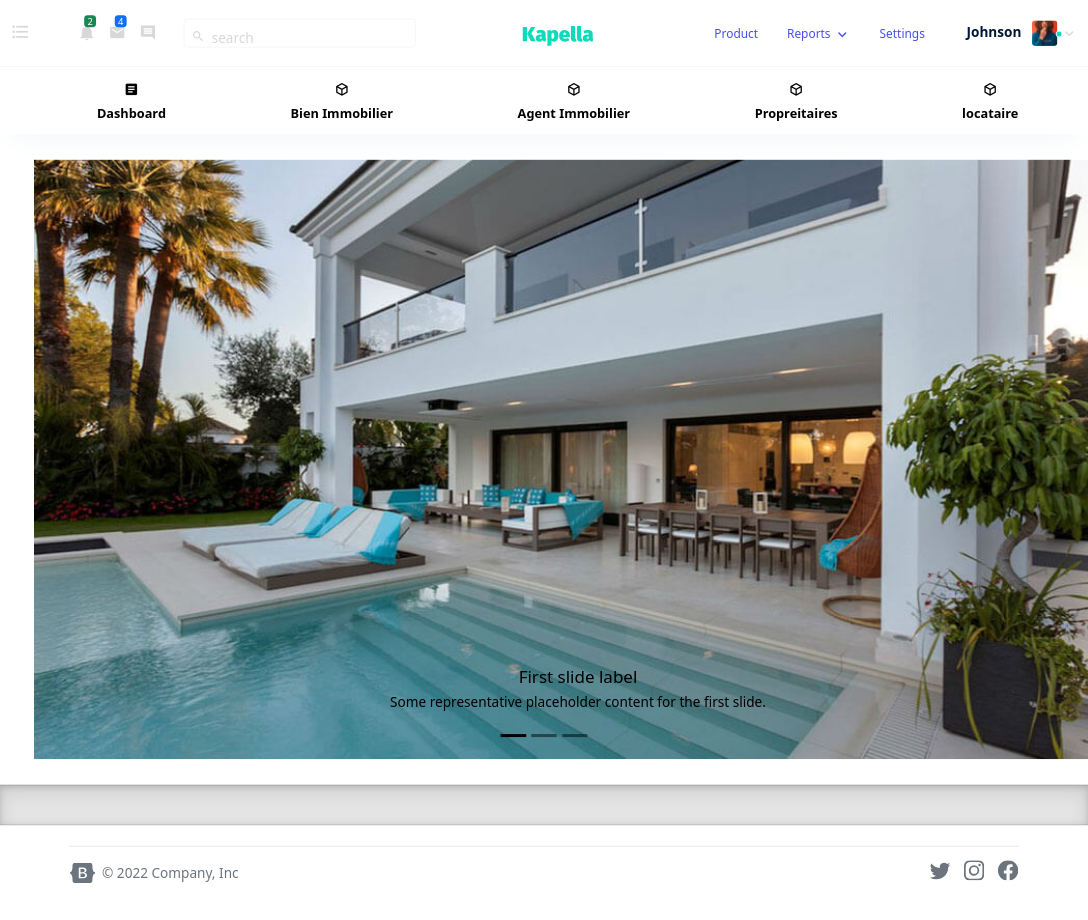
Repository: dimitri0004/Bien
Page: templates/dashbord/index.html.twig
An editor plug-in stored every save of this project. The page is shown before and after the next save, followed by the edit.
The browser window is 1280 px wide. The pictures show the whole page, at 85% of full size.
The page is a Twig template of a Symfony application; nobody is signed in and links lead nowhere. The template is opened directly, without the code that normally fills it, so the values that code supplies are empty.

Above is the page before, as saved 2023-04-05 01:24:50.
Console error: TypeError: Cannot read properties of null (reading 'addEventListener')

### templates/dashbord/index.html.twig
{% extends 'base.html.twig' %}

{% block title %}Hello DashbordController!{% endblock %}

{% block body %}

    <div id="carouselExampleDark" class="carousel carousel-dark slide">
        <div class="carousel-indicators">
          <button type="button" data-bs-target="#carouselExampleDark" data-bs-slide-to="0" class="active" aria-current="true" aria-label="Slide 1"></button>
          <button type="button" data-bs-target="#carouselExampleDark" data-bs-slide-to="1" aria-label="Slide 2"></button>
          <button type="button" data-bs-target="#carouselExampleDark" data-bs-slide-to="2" aria-label="Slide 3"></button>
        </div>
        <div class="carousel-inner" style="margin-left: 40px; margin-right: 40px; margin-top: 30px; margin-bottom:30px;" >
          <div class="carousel-item active" data-bs-interval="10000">
            <img src="{{ asset('uploads/image2.jpg') }}" class="d-block w-100" alt="...">
            <div class="carousel-caption d-none d-md-block">
              <h5  style="color:black"ss>First slide label</h5>
              <p style="color:black">Some representative placeholder content for the first slide.</p>
            </div>
          </div>
          <div class="carousel-item" data-bs-interval="2000">
            <img src="{{ asset('uploads/image1.jpg') }}" class="d-block w-100" alt="...">
            <div class="carousel-caption d-none d-md-block">
              <h5  style="color:black">Second slide label</h5>
              <p  style="color:black">Some representative placeholder content for the second slide.</p>
            </div>
          </div>
          <div class="carousel-item">
            <img src="{{ asset('uploads/image3.jpg') }}" class="d-block w-100" alt="...">
            <div class="carousel-caption d-none d-md-block">
              <h5  style="color:black">Third slide label</h5>
              <p  style="color:black">Some representative placeholder content for the third slide.</p>
            </div>
          </div>
        </div>
        <button class="carousel-control-prev" type="button" data-bs-target="#carouselExampleDark" data-bs-slide="prev">
          <span class="carousel-control-prev-icon" aria-hidden="true"></span>
          <span class="visually-hidden">Previous</span>
        </button>
        <button class="carousel-control-next" type="button" data-bs-target="#carouselExampleDark" data-bs-slide="next">
          <span class="carousel-control-next-icon" aria-hidden="true"></span>
          <span class="visually-hidden">Next</span>
        </button>
      </div>



{% endblock %}

### templates/base.html.twig
<!DOCTYPE html>
<html>
    <head>
        <meta charset="UTF-8">
        <meta name="viewport" content="width=device-width, initial-scale=1, shrink-to-fit=no">
        <title>{% block title %}Welcome!{% endblock %}</title>
        <link rel="icon" href="data:[embedded picture, 143 characters]">
        {# Run `composer require symfony/webpack-encore-bundle` to start using Symfony UX #}
        <!-- Required meta tags -->
        <!-- base:css -->




        {% block stylesheets %}
            <link rel="stylesheet" href="{{asset('vendors/base/vendor.bundle.base.css')}}">
            <link rel="stylesheet" href="{{asset('vendors/mdi/css/materialdesignicons.min.css')}}">
            <link rel="stylesheet" href="{{asset('css/style.css')}}">
            <link rel="shortcut icon" href="{{asset('images/favicon.png')}}" >
            <link rel="canonical" href="https://getbootstrap.com/docs/5.3/examples/footers/">
            <link href="{{ asset('css/bootstrap.min.css') }}" rel="stylesheet">





<link href="../assets/dist/css/bootstrap.min.css" rel="stylesheet">


        {% endblock %}



        {% block javascripts %} {% endblock %}

        <script src="{{asset('vendors/base/vendor.bundle.base.js')}}" defer></script>
        <script src="{{asset('js/template.js')}}" defer></script>
        <script src="{{asset('vendors/chart.js/Chart.min.js')}}"defer></script>
        <script src="{{asset('vendors/progressbar.js/progressbar.min.js')}}"></script>
        <script src="{{asset('vendors/chartjs-plugin-datalabels/chartjs-plugin-datalabels.js')}}"defer></script>
        <script src="{{asset('vendors/justgage/raphael-2.1.4.min.js')}}"defer></script>
        <script src="{{asset('vendors/justgage/justgage.js')}}"defer></script>
        <script src="{{asset('js/jquery.cookie.js')}}" type="text/javascript" defer></script>
        <script src="{{asset('js/dashboard.js')}}" defer></script>
        <script src="{{ asset('js/bootstrap.bundle.min.js') }}" defer></script>



    </head>
    <body>
        {% include "_partiels/nav.html.twig" %}
        {% block body %}

        {% endblock %}
        {% include "_partiels/footer.html.twig" %}
    </body>
</html>

### templates/_partiels/nav.html.twig

<div class="container-scroller">
    <div class="row p-0 m-0 proBanner" id="proBanner">
        <div class="col-md-12 p-0 m-0">

        </div>
    </div>
<!-- partial:partials/_horizontal-navbar.html -->
<div class="horizontal-menu">
<nav class="navbar top-navbar col-lg-12 col-12 p-0">
<div class="container-fluid">
<div class="navbar-menu-wrapper d-flex align-items-center justify-content-between">
<ul class="navbar-nav navbar-nav-left">
  <li class="nav-item ms-0 me-5 d-lg-flex d-none">
    <a href="#" class="nav-link horizontal-nav-left-menu"><i class="mdi mdi-format-list-bulleted"></i></a>
  </li>
  <li class="nav-item dropdown">
    <a class="nav-link count-indicator dropdown-toggle d-flex align-items-center justify-content-center" id="notificationDropdown" href="#" data-bs-toggle="dropdown">
      <i class="mdi mdi-bell mx-0"></i>
      <span class="count bg-success">2</span>
    </a>
    <div class="dropdown-menu dropdown-menu-right navbar-dropdown preview-list" aria-labelledby="notificationDropdown">
      <p class="mb-0 font-weight-normal float-left dropdown-header">Notifications</p>
      <a class="dropdown-item preview-item">
        <div class="preview-thumbnail">
            <div class="preview-icon bg-success">
              <i class="mdi mdi-information mx-0"></i>
            </div>
        </div>
        <div class="preview-item-content">
            <h6 class="preview-subject font-weight-normal">Application Error</h6>
            <p class="font-weight-light small-text mb-0 text-muted">
              Just now
            </p>
        </div>
      </a>
      <a class="dropdown-item preview-item">
        <div class="preview-thumbnail">
            <div class="preview-icon bg-warning">
              <i class="mdi mdi-settings mx-0"></i>
            </div>
        </div>
        <div class="preview-item-content">
            <h6 class="preview-subject font-weight-normal">Settings</h6>
            <p class="font-weight-light small-text mb-0 text-muted">
              Private message
            </p>
        </div>
      </a>
      <a class="dropdown-item preview-item">
        <div class="preview-thumbnail">
            <div class="preview-icon bg-info">
              <i class="mdi mdi-account-box mx-0"></i>
            </div>
        </div>
        <div class="preview-item-content">
            <h6 class="preview-subject font-weight-normal">New user registration</h6>
            <p class="font-weight-light small-text mb-0 text-muted">
              2 days ago
            </p>
        </div>
      </a>
    </div>
  </li>
  <li class="nav-item dropdown">
    <a class="nav-link count-indicator dropdown-toggle d-flex justify-content-center align-items-center" id="messageDropdown" href="#" data-bs-toggle="dropdown">
      <i class="mdi mdi-email mx-0"></i>
      <span class="count bg-primary">4</span>
    </a>
    <div class="dropdown-menu dropdown-menu-right navbar-dropdown preview-list" aria-labelledby="messageDropdown">
      <p class="mb-0 font-weight-normal float-left dropdown-header">Messages</p>
      <a class="dropdown-item preview-item">
        <div class="preview-thumbnail">
            <img src="images/faces/face4.jpg" alt="image" class="profile-pic">
        </div>
        <div class="preview-item-content flex-grow">
            <h6 class="preview-subject ellipsis font-weight-normal">David Grey
            </h6>
            <p class="font-weight-light small-text text-muted mb-0">
              The meeting is cancelled
            </p>
        </div>
      </a>
      <a class="dropdown-item preview-item">
        <div class="preview-thumbnail">
            <img src="images/faces/face2.jpg" alt="image" class="profile-pic">
        </div>
        <div class="preview-item-content flex-grow">
            <h6 class="preview-subject ellipsis font-weight-normal">Tim Cook
            </h6>
            <p class="font-weight-light small-text text-muted mb-0">
              New product launch
            </p>
        </div>
      </a>
      <a class="dropdown-item preview-item">
        <div class="preview-thumbnail">
            <img src="images/faces/face3.jpg" alt="image" class="profile-pic">
        </div>
        <div class="preview-item-content flex-grow">
            <h6 class="preview-subject ellipsis font-weight-normal"> Johnson
            </h6>
            <p class="font-weight-light small-text text-muted mb-0">
              Upcoming board meeting
            </p>
        </div>
      </a>
    </div>
  </li>
  <li class="nav-item dropdown">
    <a href="#" class="nav-link count-indicator "><i class="mdi mdi-message-reply-text"></i></a>
  </li>
  <li class="nav-item nav-search d-none d-lg-block ms-3">
    <div class="input-group">
        <div class="input-group-prepend">
          <span class="input-group-text" id="search">
            <i class="mdi mdi-magnify"></i>
          </span>
        </div>
        <input type="text" class="form-control" placeholder="search" aria-label="search" aria-describedby="search">
    </div>
  </li>
</ul>
<div class="text-center navbar-brand-wrapper d-flex align-items-center justify-content-center">
    <a class="navbar-brand brand-logo" href="index.html"><img src="{{ asset('images/logo.svg') }}" alt="logo"/></a>
    <a class="navbar-brand brand-logo-mini" href="index.html"><img src="{{ asset('images/logo-mini.svg') }}" alt="logo"/></a>
</div>
<ul class="navbar-nav navbar-nav-right">
    <li class="nav-item dropdown  d-lg-flex d-none">
      <button type="button" class="btn btn-inverse-primary btn-sm">Product </button>
    </li>
    <li class="nav-item dropdown d-lg-flex d-none">
      <a class="dropdown-toggle show-dropdown-arrow btn btn-inverse-primary btn-sm" id="nreportDropdown" href="#" data-bs-toggle="dropdown">
      Reports
      </a>
      <div class="dropdown-menu dropdown-menu-right navbar-dropdown preview-list" aria-labelledby="nreportDropdown">
          <p class="mb-0 font-weight-medium float-left dropdown-header">Reports</p>
          <a class="dropdown-item">
            <i class="mdi mdi-file-pdf text-primary"></i>
            Pdf
          </a>
          <a class="dropdown-item">
            <i class="mdi mdi-file-excel text-primary"></i>
            Exel
          </a>
      </div>
    </li>
    <li class="nav-item dropdown d-lg-flex d-none">
      <button type="button" class="btn btn-inverse-primary btn-sm">Settings</button>
    </li>
    <li class="nav-item nav-profile dropdown">
      <a class="nav-link dropdown-toggle" href="#" data-bs-toggle="dropdown" id="profileDropdown">
        <span class="nav-profile-name">Johnson</span>
        <span class="online-status"></span>
        <img src="{{ asset('images/faces/face28.png') }}" alt="profile"/>
      </a>
      <div class="dropdown-menu dropdown-menu-right navbar-dropdown" aria-labelledby="profileDropdown">
          <a class="dropdown-item">
            <i class="mdi mdi-settings text-primary"></i>
            Settings
          </a>
          <a class="dropdown-item">
            <i class="mdi mdi-logout text-primary"></i>
            Logout
          </a>
      </div>
    </li>
</ul>
<button class="navbar-toggler navbar-toggler-right d-lg-none align-self-center" type="button" data-toggle="horizontal-menu-toggle">
  <span class="mdi mdi-menu"></span>
</button>
</div>
</div>
</nav>
<nav class="bottom-navbar">
<div class="container">
<ul class="nav page-navigation">
  <li class="nav-item">
    <a class="nav-link" href="{{ path('dashbord') }}">
      <i class="mdi mdi-file-document-box menu-icon"></i>
      <span class="menu-title">Dashboard</span>
    </a>
  </li>
  <li class="nav-item">
      <a href="#" class="nav-link">
        <i class="mdi mdi-cube-outline menu-icon"></i>
        <span class="menu-title">Bien Immobilier</span>
        <i class="menu-arrow"></i>
      </a>
      <div class="submenu">
          <ul>
            <li class="nav-item"><a class="nav-link" href="{{ path('bienImmobilier_ajouter') }}">Ajouter</a></li>
            <li class="nav-item"><a class="nav-link" href="{{ path('bienImmobilier_liste') }}">Lister</a></li>
            <li class="nav-item"><a class="nav-link" href="{{ path('bienImmobilier_afficher') }}">Afficher</a></li>
            <li class="nav-item"><a class="nav-link" href="{{ path('depense_afficher') }}">Depense</a></li>
            <li class="nav-item"><a class="nav-link" href="{{ path('revenu_afficher') }}">Revenu</a></li>
          </ul>
      </div>
  </li>
  <li class="nav-item">
      <a href="#" class="nav-link">
        <i class="mdi mdi-cube-outline menu-icon"></i>
        <span class="menu-title">Agent Immobilier</span>
        <i class="menu-arrow"></i>
      </a>
      <div class="submenu">
      <ul>
            <li class="nav-item"><a class="nav-link" href="{{ path('agentImmobilier_ajouter') }}">Ajouter</a></li>
            <li class="nav-item"><a class="nav-link" href="pages/ui-features/typography.html">Lister</a></li>
            <li class="nav-item"><a class="nav-link" href="{{ path('agentImmobilier_afficher') }}">Afficher</a></li>

      </ul>
    </div>
  </li>
  <li class="nav-item">
      <a href="#" class="nav-link">
        <i class="mdi mdi-cube-outline menu-icon"></i>
        <span class="menu-title">Propreitaires</span>
        <i class="menu-arrow"></i>
      </a>
      <div class="submenu">
        <ul>
            <li class="nav-item"><a class="nav-link" href="{{ path('propreitaire_ajouter') }}">Ajouter</a></li>
            <li class="nav-item"><a class="nav-link" href="{{ path('propreitaire_afficher') }}">Afficher</a></li>
        </ul>
    </div>
  </li>
  <li class="nav-item">
      <a href="#" class="nav-link">
        <i class="mdi mdi-cube-outline menu-icon"></i>
        <span class="menu-title">locataire</span>
        <i class="menu-arrow"></i>
      </a>
      <div class="submenu">
        <ul>
            <li class="nav-item"><a class="nav-link" href="{{ path('locataire_ajouter') }}">Ajouter</a></li>
            <li class="nav-item"><a class="nav-link" href="{{ path('locataire_afficher') }}">Afficher</a></li>
            <li class="nav-item"><a class="nav-link" href="{{ path('facture_afficher') }}">Facture</a></li>
            <li class="nav-item"><a class="nav-link" href="{{ path('contratLocation_afficher') }}">Contrat de Location</a></li>
        </ul>
    </div>
  </li>
</ul>
</div>
</nav>
</div>

### templates/_partiels/footer.html.twig
<style>
    .bd-placeholder-img {
      font-size: 1.125rem;
      text-anchor: middle;
      -webkit-user-select: none;
      -moz-user-select: none;
      user-select: none;
    }

    @media (min-width: 768px) {
      .bd-placeholder-img-lg {
        font-size: 3.5rem;
      }
    }

    .b-example-divider {
      height: 3rem;
      background-color: rgba(0, 0, 0, .1);
      border: solid rgba(0, 0, 0, .15);
      border-width: 1px 0;
      box-shadow: inset 0 .5em 1.5em rgba(0, 0, 0, .1), inset 0 .125em .5em rgba(0, 0, 0, .15);
    }

    .b-example-vr {
      flex-shrink: 0;
      width: 1.5rem;
      height: 100vh;
    }

    .bi {
      vertical-align: -.125em;
      fill: currentColor;
    }

    .nav-scroller {
      position: relative;
      z-index: 2;
      height: 2.75rem;
      overflow-y: hidden;
    }

    .nav-scroller .nav {
      display: flex;
      flex-wrap: nowrap;
      padding-bottom: 1rem;
      margin-top: -1px;
      overflow-x: auto;
      text-align: center;
      white-space: nowrap;
      -webkit-overflow-scrolling: touch;
    }
</style>
<body>
    <svg xmlns="http://www.w3.org/2000/svg" style="display: none;">
        <symbol id="bootstrap" viewBox="0 0 118 94">
          <title>Bootstrap</title>
          <path fill-rule="evenodd" clip-rule="evenodd" d="M24.509 0c-6.733 0-11.715 5.893-11.492 12.284.214 6.14-.064 14.092-2.066 20.577C8.943 39.365 5.547 43.485 0 44.014v5.972c5.547.529 8.943 4.649 10.951 11.153 2.002 6.485 2.28 14.437 2.066 20.577C12.794 88.106 17.776 94 24.51 94H93.5c6.733 0 11.714-5.893 11.491-12.284-.214-6.14.064-14.092 2.066-20.577 2.009-6.504 5.396-10.624 10.943-11.153v-5.972c-5.547-.529-8.934-4.649-10.943-11.153-2.002-6.484-2.28-14.437-2.066-20.577C105.214 5.894 100.233 0 93.5 0H24.508zM80 57.863C80 66.663 73.436 72 62.543 72H44a2 2 0 01-2-2V24a2 2 0 012-2h18.437c9.083 0 15.044 4.92 15.044 12.474 0 5.302-4.01 10.049-9.119 10.88v.277C75.317 46.394 80 51.21 80 57.863zM60.521 28.34H49.948v14.934h8.905c6.884 0 10.68-2.772 10.68-7.727 0-4.643-3.264-7.207-9.012-7.207zM49.948 49.2v16.458H60.91c7.167 0 10.964-2.876 10.964-8.281 0-5.406-3.903-8.178-11.425-8.178H49.948z"></path>
        </symbol>
        <symbol id="facebook" viewBox="0 0 16 16">
          <path d="M16 8.049c0-4.446-3.582-8.05-8-8.05C3.58 0-.002 3.603-.002 8.05c0 4.017 2.926 7.347 6.75 7.951v-5.625h-2.03V8.05H6.75V6.275c0-2.017 1.195-3.131 3.022-3.131.876 0 1.791.157 1.791.157v1.98h-1.009c-.993 0-1.303.621-1.303 1.258v1.51h2.218l-.354 2.326H9.25V16c3.824-.604 6.75-3.934 6.75-7.951z"/>
        </symbol>
        <symbol id="instagram" viewBox="0 0 16 16">
            <path d="M8 0C5.829 0 5.556.01 4.703.048 3.85.088 3.269.222 2.76.42a3.917 3.917 0 0 0-1.417.923A3.927 3.927 0 0 0 .42 2.76C.222 3.268.087 3.85.048 4.7.01 5.555 0 5.827 0 8.001c0 2.172.01 2.444.048 3.297.04.852.174 1.433.372 1.942.205.526.478.972.923 1.417.444.445.89.719 1.416.923.51.198 1.09.333 1.942.372C5.555 15.99 5.827 16 8 16s2.444-.01 3.298-.048c.851-.04 1.434-.174 1.943-.372a3.916 3.916 0 0 0 1.416-.923c.445-.445.718-.891.923-1.417.197-.509.332-1.09.372-1.942C15.99 10.445 16 10.173 16 8s-.01-2.445-.048-3.299c-.04-.851-.175-1.433-.372-1.941a3.926 3.926 0 0 0-.923-1.417A3.911 3.911 0 0 0 13.24.42c-.51-.198-1.092-.333-1.943-.372C10.443.01 10.172 0 7.998 0h.003zm-.717 1.442h.718c2.136 0 2.389.007 3.232.046.78.035 1.204.166 1.486.275.373.145.64.319.92.599.28.28.453.546.598.92.11.281.24.705.275 1.485.039.843.047 1.096.047 3.231s-.008 2.389-.047 3.232c-.035.78-.166 1.203-.275 1.485a2.47 2.47 0 0 1-.599.919c-.28.28-.546.453-.92.598-.28.11-.704.24-1.485.276-.843.038-1.096.047-3.232.047s-2.39-.009-3.233-.047c-.78-.036-1.203-.166-1.485-.276a2.478 2.478 0 0 1-.92-.598 2.48 2.48 0 0 1-.6-.92c-.109-.281-.24-.705-.275-1.485-.038-.843-.046-1.096-.046-3.233 0-2.136.008-2.388.046-3.231.036-.78.166-1.204.276-1.486.145-.373.319-.64.599-.92.28-.28.546-.453.92-.598.282-.11.705-.24 1.485-.276.738-.034 1.024-.044 2.515-.045v.002zm4.988 1.328a.96.96 0 1 0 0 1.92.96.96 0 0 0 0-1.92zm-4.27 1.122a4.109 4.109 0 1 0 0 8.217 4.109 4.109 0 0 0 0-8.217zm0 1.441a2.667 2.667 0 1 1 0 5.334 2.667 2.667 0 0 1 0-5.334z"/>
        </symbol>
        <symbol id="twitter" viewBox="0 0 16 16">
          <path d="M5.026 15c6.038 0 9.341-5.003 9.341-9.334 0-.14 0-.282-.006-.422A6.685 6.685 0 0 0 16 3.542a6.658 6.658 0 0 1-1.889.518 3.301 3.301 0 0 0 1.447-1.817 6.533 6.533 0 0 1-2.087.793A3.286 3.286 0 0 0 7.875 6.03a9.325 9.325 0 0 1-6.767-3.429 3.289 3.289 0 0 0 1.018 4.382A3.323 3.323 0 0 1 .64 6.575v.045a3.288 3.288 0 0 0 2.632 3.218 3.203 3.203 0 0 1-.865.115 3.23 3.23 0 0 1-.614-.057 3.283 3.283 0 0 0 3.067 2.277A6.588 6.588 0 0 1 .78 13.58a6.32 6.32 0 0 1-.78-.045A9.344 9.344 0 0 0 5.026 15z"/>
        </symbol>
      </svg>

      <div class="b-example-divider"></div>
      <div class="container">
        <footer class="d-flex flex-wrap justify-content-between align-items-center py-3 my-4 border-top">
          <div class="col-md-4 d-flex align-items-center">
            <a href="/" class="mb-3 me-2 mb-md-0 text-muted text-decoration-none lh-1">
              <svg class="bi" width="30" height="24"><use xlink:href="#bootstrap"/></svg>
            </a>
            <span class="mb-3 mb-md-0 text-muted">&copy; 2022 Company, Inc</span>
          </div>

          <ul class="nav col-md-4 justify-content-end list-unstyled d-flex">
            <li class="ms-3"><a class="text-muted" href="#"><svg class="bi" width="24" height="24"><use xlink:href="#twitter"/></svg></a></li>
            <li class="ms-3"><a class="text-muted" href="#"><svg class="bi" width="24" height="24"><use xlink:href="#instagram"/></svg></a></li>
            <li class="ms-3"><a class="text-muted" href="#"><svg class="bi" width="24" height="24"><use xlink:href="#facebook"/></svg></a></li>
          </ul>
        </footer>
      </div>
</body>

Loaded but not shown: public/vendors/base/vendor.bundle.base.css (common file); public/vendors/mdi/css/materialdesignicons.min.css (library); public/css/style.css (library); public/css/bootstrap.min.css (library); public/vendors/progressbar.js/progressbar.min.js (library); public/vendors/base/vendor.bundle.base.js (library); public/vendors/chart.js/Chart.min.js (library); public/vendors/chartjs-plugin-datalabels/chartjs-plugin-datalabels.js (library); public/vendors/justgage/raphael-2.1.4.min.js (library); public/vendors/justgage/justgage.js (library); public/js/jquery.cookie.js (library); public/js/bootstrap.bundle.min.js (library); public/images/logo.svg (3 lines, source omitted); public/images/logo-mini.svg (12 lines, source omitted); public/js/dashboard.js (1172 lines, source omitted); public/js/template.js (126 lines, source omitted)

After the next save:
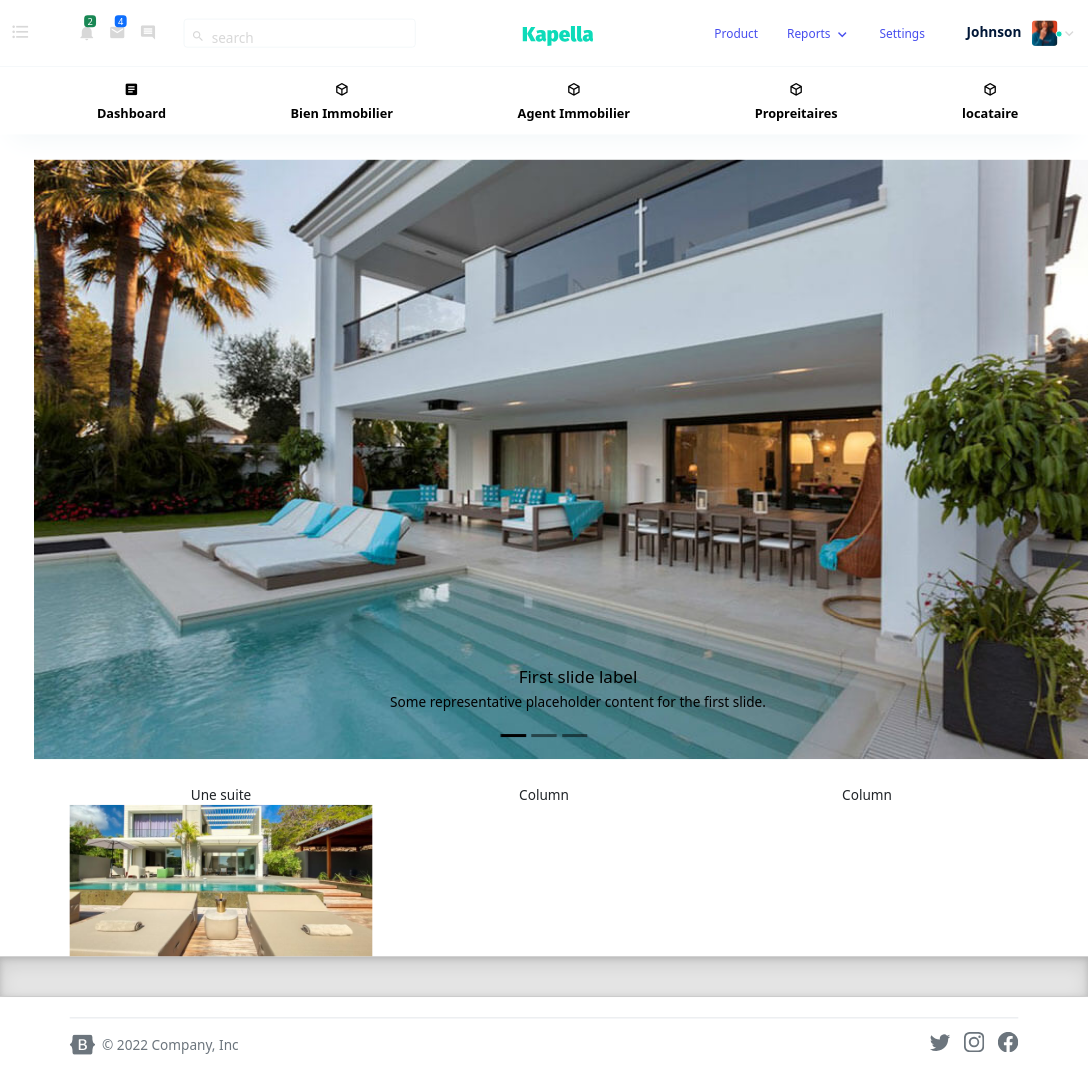
Saved 3 min 22 s later.
--- a/templates/dashbord/index.html.twig
+++ b/templates/dashbord/index.html.twig
@@ -43,6 +43,21 @@
         </button>
       </div>
 
+      <div class="container text-center">
+        <div class="row">
+          <div class="col">
+            Une suite
+            <img src="{{ asset('uploads/image3.jpg') }}" class="d-block w-100" alt="...">
+          </div>
+          <div class="col">
+            Column
+          </div>
+          <div class="col">
+            Column
+          </div>
+        </div>
+      </div>
+
 
 
 {% endblock %}
